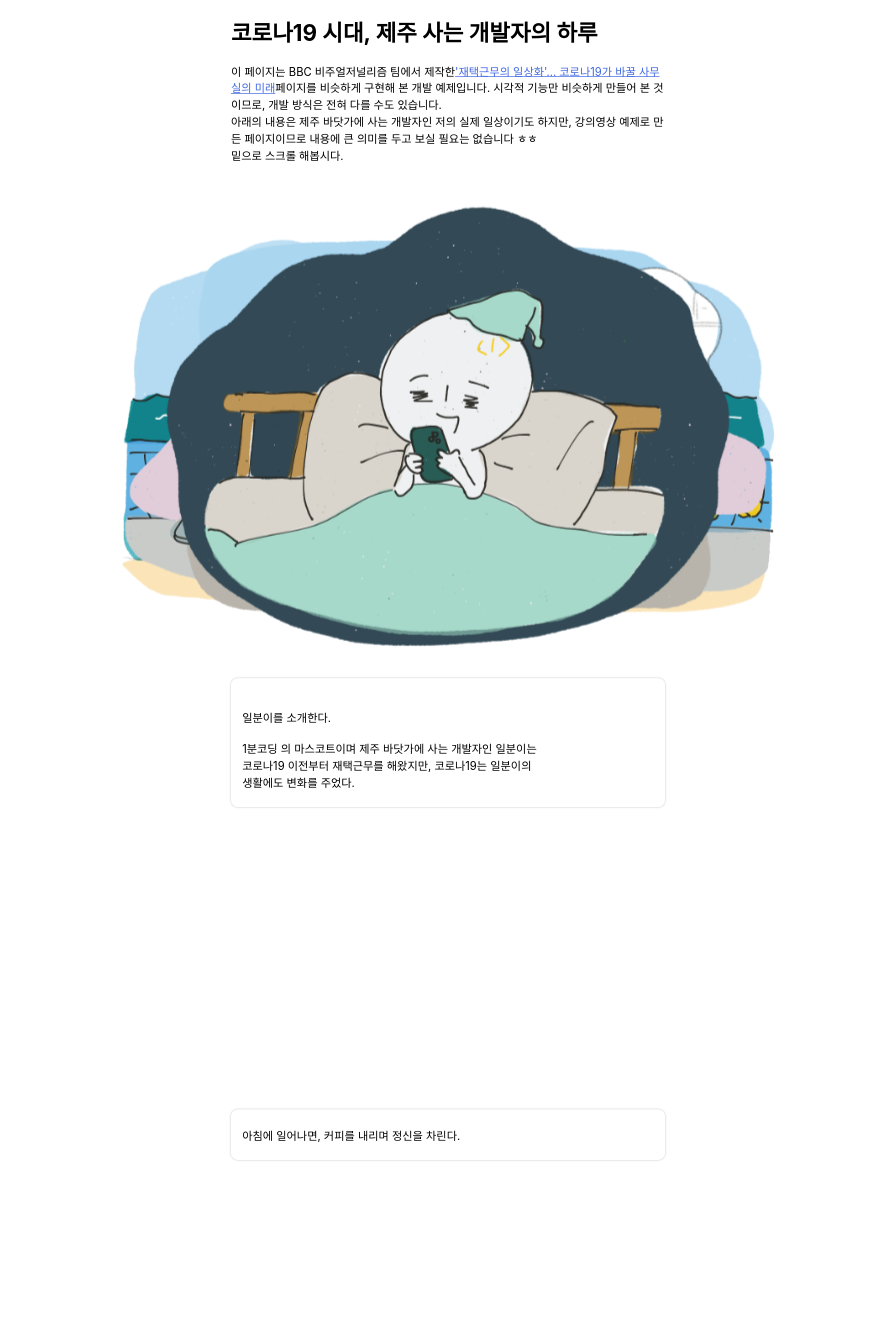
Repository: westone034626/ReactPractice
Page: /
An editor plug-in stored every save of this project. The page is shown before and after the next save, followed by the edit.
The browser window is 1280 px wide. The pictures show the part of the page from y = 0 to 1920 px (the page is 7082 px tall before and 6730 px after), at 70% of full size.
The project was rebuilt for these pictures with package versions that can differ from the ones it lists, and the page was loaded fresh each time. Also part of the build but not shown: src/App.css.

Above is the page before, as saved 2021-10-31 23:45:36.

After the next save:
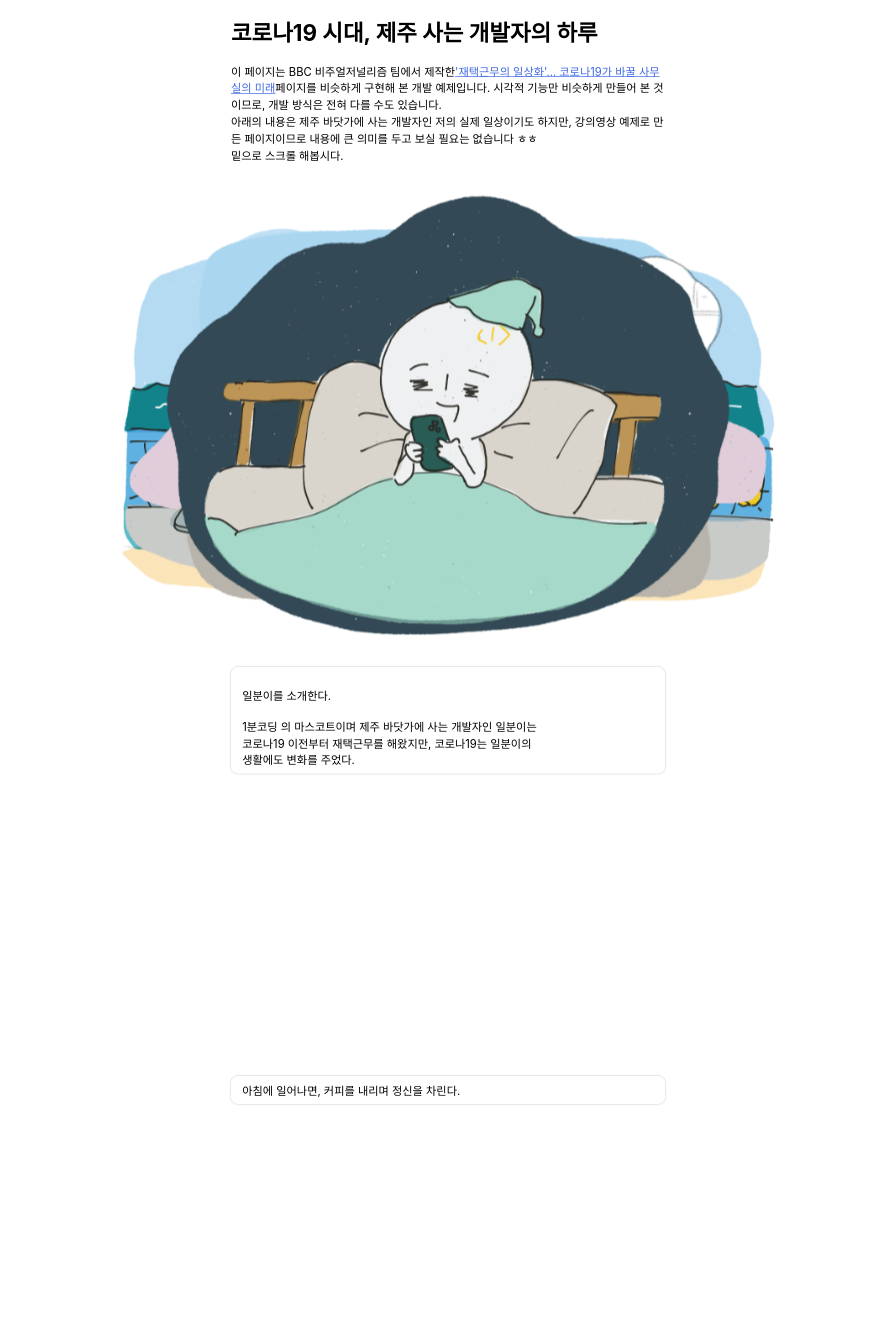
Saved 27 s later.
--- a/src/App.module.css
+++ b/src/App.module.css
@@ -1,5 +1,10 @@
 .body {
   margin: 0;
+}
+
+p {
+  margin: 0;
+  padding: 0;
 }
 
 a {
